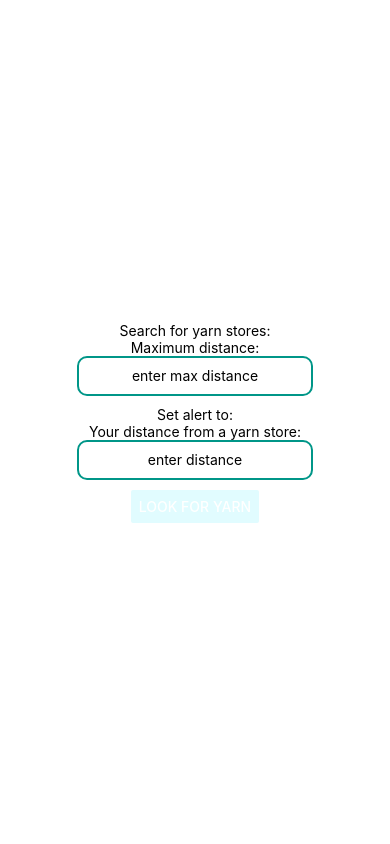
Repository: anuslorah/StashEnhancer
Screen: / (app in StashEnhancer1/)
The author's editor kept a copy of each file at every save. The screen is drawn from the files as they stood at one save, then again after the next save.
The app was drawn by React Native's web renderer in a window 390 px wide. The project was rebuilt for these pictures with package versions that can differ from the ones it lists, and the page was loaded fresh each time.

Above is the screen before, as saved 2019-06-27 18:06:18.

After the next save:
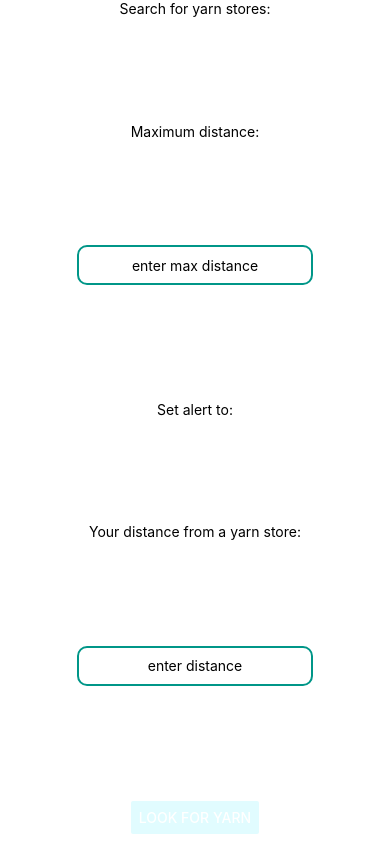
Saved 5 min 55 s later.
--- a/StashEnhancer1/App.js
+++ b/StashEnhancer1/App.js
@@ -29,9 +29,11 @@ export default function App() {
 const styles = StyleSheet.create({
   container: {
     flex: 1,
+    lexDirection: 'row',
+    justifyContent: 'space-between',
+    marginBottom: 10,
     backgroundColor: '#fff',
     alignItems: 'center',
-    justifyContent: 'center',
   },
   TextInputStyle: {
     textAlign: 'center',
@@ -41,5 +43,16 @@ const styles = StyleSheet.create({
     borderColor: '#009688',
     marginBottom: 10,
     padding: 7
-  }
+  },
+  // row: {
+  //   flex: 1,
+  //   flexDirection: 'row',
+  //   justifyContent: 'space-between',
+  //   marginBottom: 10
+  // },
+  box: {
+    flex: 1,
+    height: 100,
+    backgroundColor: '#333',
+  },
 });
